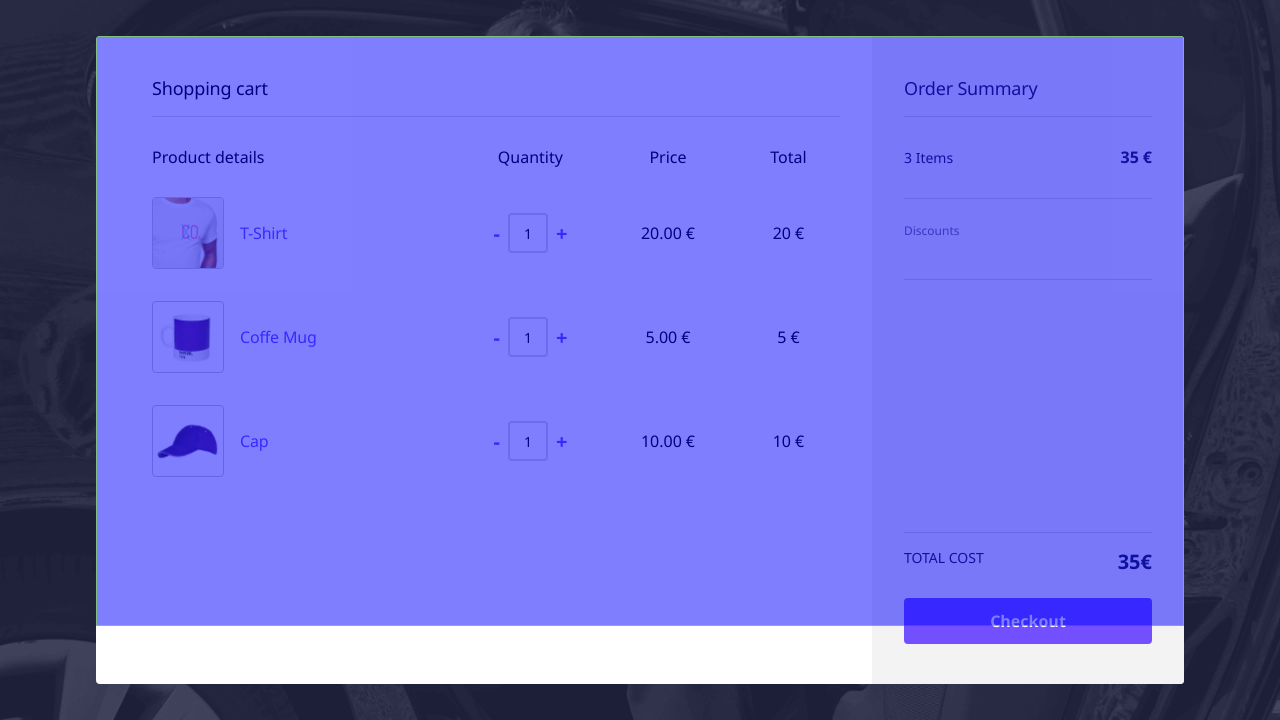
Repository: banchiec/challengecbfy
Page: /
The author's editor kept a copy of each file at every save. The page is drawn from the files as they stood at one save, then again after the next save.
The browser window is 1280 px wide. The pictures show the whole page.
Some web fonts or font styles are not loaded; a fallback is used. The project was rebuilt for these pictures with package versions that can differ from the ones it lists, and the page was loaded fresh each time. Also part of the build but not shown: craco.config.js.

Above is the page before, as saved 2021-12-11 10:40:40.

### src/index.js
import './index.css';
import App from './App';
import Checkout from './helpers/checkout'
// here a service should be called to obtain the api data
import { products } from './data/data'

import discounts from './helpers/discounts';

const purchase = new Checkout(products, discounts)
purchase.init()
App(purchase)

### src/index.css
@tailwind base;
@tailwind components;
@tailwind utilities;

body {
  margin: 0;
  font-family: -apple-system, BlinkMacSystemFont, 'Segoe UI', 'Roboto', 'Oxygen',
    'Ubuntu', 'Cantarell', 'Fira Sans', 'Droid Sans', 'Helvetica Neue',
    sans-serif;
  -webkit-font-smoothing: antialiased;
  -moz-osx-font-smoothing: grayscale;
}

code {
  font-family: source-code-pro, Menlo, Monaco, Consolas, 'Courier New',
    monospace;
}

@font-face {
  font-family: 'Avenir';
  src:local('Avenir'), url(./assets/fonts/Avenir-Black.woff) format('woff');
}

### src/App.js
import { render } from 'react-dom';
import Main from './components/main/Main'
import './App.css';

function App(purchase) {
  render(<Main purchase={purchase} />, document.getElementById('root'))
}

export default App;

### src/helpers/checkout.js
export default class Checkout {
    constructor(price, discounts = []) {
        this.price = price.reduce((acc, good) => ({ ...acc, [good.code]: good }), {})
        this.discounts = discounts
        this.cartItems = []
    }
    init() {
        this.scan('TSHIRT')
        this.scan('MUG')
        this.scan('CAP')
    }
    scan(code, argument = 1) {
        const currentCartItem = this.cartItems.find((item) => item.code === code);
        if (currentCartItem) {
            switch (argument) {
                case 1:
                    currentCartItem.count += 1;
                    break;
                case -1:
                    currentCartItem.count -= 1;
                    if (currentCartItem.count === 0) {
                        this.cartItems = this.cartItems.filter((item) => item.code !== code);
                    }
                    break;
                default:
                    currentCartItem.count = argument;
                    break;
            }
            return this;
        }
        const currentPriceItem = this.price[code];
        // console.log(this.price)
        if (currentPriceItem) {
            switch (argument) {
                case 1:
                    this.cartItems.push({ ...currentPriceItem, count: 1 });
                    break;
                case -1:
                    break;
                default:
                    this.cartItems.push({ ...currentPriceItem, count: argument });
            }
            return this;
        }
        return new Error(`product with code ${code} has not been found`);


    }
    get actualDiscounts() {
        return this.discounts.reduce(
            (acc, discount) => {
                const res = discount.check(this.items);
                if (res) return [...acc, res];
                return acc;
            }, [],
        );
    }
    get items() {
        return this.cartItems
    }

    get totalDiscount() {
        return this.actualDiscounts.reduce((acc, { discountAmount }) => acc + discountAmount, 0);
    }
    cost(code) {
        const currentCartItem = this.cartItems.find((item) => item.code === code);
        if (currentCartItem) {
            return currentCartItem.count * currentCartItem.price;
        }
        return null;
    }

    preCalc() {
        return ({
            countItems: this.cartItems.reduce((acc, item) => acc + item.count, 0),
            summaryCost: this.cartItems.reduce((acc, item) => acc + (item.count * item.price), 0),
            actualDiscounts: this.actualDiscounts,
        });
    }

    // method total will return total cost as number
    total() {
        return this.cartItems.reduce(
            (acc, item) => acc + (item.count * item.price),
            0,
        ) - this.totalDiscount;
    }
}

### src/data/data.js
import shirt from '../assets/images/shirt.png'
import mug from '../assets/images/mug.png'
import cap from '../assets/images/cap.png'
export const products = [
    {
        id: '1',
        code: 'TSHIRT',
        name: 'T-Shirt',
        price: '20.00',
        image: shirt
    },
    {
        id: '3',
        code: 'MUG',
        name: 'Coffe Mug',
        price: '5.00',
        image: mug

    },
    {
        id: '4',
        code: 'CAP',
        name: 'Cap',
        price: '10.00',
        image: cap

    }
]

### src/helpers/discounts.js
const discounts = [
    {
        name: '2-for-1-Mug',
        check: (products) => {
            const currentProduct = products.find((product) => product.code === 'MUG')
            if (currentProduct && currentProduct.count > 1) {
                return ({
                    name: '2x1 Mug offer',
                    discountAmount: Math.trunc(currentProduct.count / 2) * currentProduct.price
                })
            }
            return null
        }
    },
    {
        name: 'bulk-discount-shirt',
        check: (products) => {
            const currentProduct = products.find((product) => product.code === 'TSHIRT')
            if (currentProduct && currentProduct.count >= 3) {
                return ({
                    name: 'x3-Shirt-offer',
                    discountAmount: (currentProduct.price / 100) * 5 * currentProduct.count
                })
            }
            return null
        }
    }
]

export default discounts

### src/components/main/Main.js
import { useState } from "react"
import OrderSummery from "../OrderSummery/OrderSummery"
import { ShoppingCart } from "../shoppingCart/ShoppingCart"

export default function Main(props) {
    const { purchase } = props
    const [items, setItems] = useState(purchase.items)

    const initStateSum = purchase.preCalc()
    const initTotalCost = purchase.total()

    const [summary, setSummary] = useState({
        ...initStateSum,
        totalCost: initTotalCost
    })

    const scan = (code) => (op) => (e) => {
        switch (op) {
            case 'dec':
                purchase.scan(code, -1);
                break;
            case 'set':
                purchase.scan(code, Number(e.target.value));
                console.log(e.target.value)
                break;
            case 'inc':
                purchase.scan(code, 1);
                break;
            default:
                // unknown operation
                break;
        }
        // set new cart items list for react
        setItems([...purchase.items]);
        const newSums = purchase.preCalc();
        const newTotalCost = purchase.total();
        setSummary({
            ...newSums,
            totalCost: newTotalCost,
        });

    }
    const cost = (code) => purchase.cost(code)

    return (
        <main className="App">
            <div className="modal">
            </div>
            <ShoppingCart items={items} scan={scan} cost={cost} />
            <OrderSummery summary={summary} />
        </main>
    )
}

### src/App.css
* {
  box-sizing: border-box;
  outline: none;
}

html,
body,
div,
span,
applet,
object,
iframe,
h1,
h2,
h3,
h4,
h5,
h6,
p,
blockquote,
pre,
a,
abbr,
acronym,
address,
big,
button,
cite,
code,
del,
dfn,
em,
img,
ins,
kbd,
q,
s,
samp,
small,
strike,
strong,
sub,
sup,
tt,
var,
b,
u,
i,
center,
dl,
dt,
dd,
ol,
ul,
li,
fieldset,
form,
label,
legend,
table,
caption,
tbody,
tfoot,
thead,
tr,
th,
td,
article,
aside,
canvas,
details,
embed,
figure,
figcaption,
footer,
header,
hgroup,
menu,
nav,
output,
ruby,
section,
summary,
time,
mark,
audio,
video {
  margin: 0;
  padding: 0;
  border: 0;
  vertical-align: baseline;
  font: 100%;
}

/* HTML5 display-role reset for older browsers */
article,
aside,
details,
figcaption,
figure,
footer,
header,
hgroup,
menu,
nav,
section {
  display: block;
}

body {
  -webkit-font-smoothing: antialiased;
  -moz-osx-font-smoothing: grayscale;
  line-height: 1;
}

ol,
ul {
  list-style: none;
}

blockquote,
q {
  quotes: none;
}

a {
  cursor: pointer;
}

blockquote:before,
blockquote:after,
q:before,
q:after {
  content: none;
}

table {
  border-spacing: 0;
  border-collapse: collapse;
}

a {
  text-decoration: none;
}

input:not([type="checkbox"]):not([type="radio"]),
textarea {
  appearance: none;
}

input[type="number"]::-webkit-outer-spin-button,
input[type="number"]::-webkit-inner-spin-button {
  margin: 0;
  appearance: none;
}

input[type="number"] {
  appearance: textfield;
}

input::-ms-clear {
  display: none;
}

select::-ms-expand {
  display: none;
}

textarea {
  overflow: auto;
  vertical-align: top;
}

input::placeholder {
  opacity: 1;
}

h1.main {
  padding-bottom: 16px;
  border-bottom: 1px solid rgba(33, 34, 64, 0.16);
}

.wrapper.border,
.wrapper-half.border {
  border-bottom: 1px solid rgba(33, 34, 64, 0.16);
}

h2,
.products-list li.products-list-title {
  color: #a6a7b3;
  letter-spacing: 1px;
  font-size: 10px;
  line-height: 16px;
}

h2,
.product-code {
  font-size: 12px;
  line-height: 16px;
}

.product-quantity,
.summary input,
.summary ul li,
.summary-total-cost {
  font-size: 14px;
  line-height: 17px;
}

.product h1 {
  font-size: 16px;
  line-height: 24px;
}

.products button.count,
.summary-total-price {
  font-size: 20px;
  line-height: 25px;
}

h2 {
  color: #717285;
  letter-spacing: 0;
  font-weight: 300;
}

h2 + * {
  margin-top: 16px;
}

body {
  margin: 0;
  padding: 0;
  height: 100vh;
  background-image: url("./assets/images/background.png");
  background-color: #212240;
  background-position: top left;
  background-size: cover;
  font-family: Avenir, "Avenir Next", "Segoe UI", sans-serif;
  font-weight: regular;
}

.App {
  position: fixed;
  top: 50%;
  left: 50%;
  display: flex;
  overflow-x: hidden;
  overflow-y: auto;
  max-width: 1088px;
  max-height: 648px;
  width: calc(100% - 64px);
  height: calc(100% - 64px);
  border-radius: 4px;
  background-color: #ffffff;
  transform: translate(-50%, -50%);
}

h1 {
  position: relative;
  letter-spacing: -0.18px;
  font-size: 18px;
  line-height: 24px;
}

.wrapper {
  padding: 32px 0;
}

.wrapper-half {
  padding: 24px 0;
}

.tableHead {
  padding: 32px 0;
}

.row {
  position: relative;
  display: flex;
  flex-flow: row nowrap;
  justify-content: space-between;
}

.row + .row {
  margin-top: 32px;
}

[class*="col-"] {
  display: flex;
  align-items: center;
}

[class*="col-"]:nth-child(n + 2) {
  justify-content: center;
}

.col-product {
  width: 45%;
}

.col-quantity {
  width: 20%;
}

.col-price {
  width: 20%;
}

.col-total {
  width: 15%;
}

input {
  width: 100%;
  height: 48px;
  border-radius: 4px;
}

.currency {
  margin-left: 4px;
}

.products {
  padding: 40px 32px 40px 56px;
}

.products button.count {
  padding: 0 8px;
  height: 40px;
  border: none;
  background: transparent;
  color: #7350ff;
  font-weight: bold;
  cursor: pointer;
}

.products {
  flex: 1;
}

.products-list {
  position: relative;
  width: 100%;
}

.product-image {
  display: flex;
  align-items: center;
  flex-flow: row nowrap;
}

.product-image img {
  margin-right: 16px;
  width: 72px;
  height: 72px;
  border: 1px solid #cacad1;
  border-radius: 4px;
}

.product-code {
  border-radius: 4px;
  color: #a6a7b3;
  letter-spacing: 0.13px;
  font-weight: 400;
}

.product-quantity {
  width: 40px;
  height: 40px;
  border: 2px solid #dbdbe0;
  border-radius: 4px;
  text-align: center;
}

.product-price {
  color: #000000;
  font-size: 16px;
}

.product .clear {
  border: none;
  background: transparent;
}

.product .clear span {
  position: relative;
  display: block;
  width: 16px;
  height: 16px;
}

.product .clear span:before,
.product .clear span:after {
  content: "";
  position: absolute;
  top: 8px;
  left: 2px;
  display: block;
  width: 12px;
  height: 2px;
  border-radius: 8px;
  background-color: #a6a7b3;
  transform: rotate(-45deg);
  transform-origin: center center;
}

.product .clear span:before {
  transform: rotate(45deg);
}

.product h1 {
  color: #7350ff;
}

.summary {
  display: flex;
  flex-flow: column wrap;
  padding: 40px 32px;
  width: 312px;
  background-color: #f3f3f3;
  color: #212240;
}

.summary > * {
  width: 100%;
}

.summary-items-price {
  font-size: 16px;
  font-weight: bold;
}

.summary input {
  margin: 8px auto;
  color: #a6a7b3;
  text-indent: 16px;
  text-transform: uppercase;
}

.summary input::placeholder {
  color: #a6a7b3;
  text-transform: lowercase;
}

.summary ul li {
  display: flex;
  justify-content: space-between;
}

.summary ul li > *:nth-child(2) {
  font-weight: bold;
}

.summary ul li + li {
  margin-top: 20px;
}

.summary-total {
  align-self: flex-end;
  margin-top: auto;
  padding-top: 16px;
  padding-bottom: 0;
  border-top: 1px solid rgba(33, 34, 64, 0.16);
  color: #212240;
}

.summary-total-cost {
  flex-basis: 100%;
  text-transform: uppercase;
}

.summary-total-price {
  font-weight: bold;
}

.summary button[type="submit"] {
  margin-top: 24px;
  padding-top: 16px;
  padding-bottom: 16px;
  width: 100%;
  border-radius: 4px;
  background: #7350ff;
  color: #ffffff;
  font-size: 16px;
  font-weight: bold;
  line-height: 14px;
  cursor: pointer;
}

/* MODAL */
.modal {
  position: absolute ;
  width: 1088px;
  height: 590px;
  z-index: 1;
  background-color: blue;
  opacity: .5;
  /* left: 176px; */
  /* top: 126px; */
  border: 1px solid green;
}
.content {
  position: absolute;
  width: 248px;
  height: 358px;
  left: 984px;
  top: 270px;
}
.background {
  position: absolute;
  width: 1440px;
  height: 904px;
  left: 0px;
  top: -2px;
}

### src/components/OrderSummery/OrderSummery.js
import React from 'react';
import { uniqueId } from 'lodash';

function OrderSummery(props) {
    const {
        summary: {
            countItems, summaryCost, actualDiscounts, totalCost,
        },
    } = props;
    return (
        <aside className="summary">
            <h1 className="main">Order Summary</h1>
            <ul className="summary-items wrapper border">
                <li>
                    <span className="summary-items-number">
                        {countItems || 0}
                        {' '}
                        Items
                    </span>
                    <span className="summary-items-price">
                        {summaryCost || 0}
                        <span className="currency">
                            €
                        </span>
                    </span>
                </li>
            </ul>
            <div className="summary-discounts wrapper-half border">
                <h2>Discounts</h2>
                {actualDiscounts && (
                    <ul>
                        {actualDiscounts.map((disc) => (
                            <li key={uniqueId()}>
                                <span>{disc.name}</span>
                                <span>
                                    -
                                    {disc.discountAmount}
                                    {' '}
                                    €
                                </span>
                            </li>
                        ))}
                    </ul>
                )}
            </div>
            <div className="summary-total wrapper">
                <ul>
                    <li>
                        <span className="summary-total-cost">
                            Total cost
                        </span>
                        <span className="summary-total-price">
                            {totalCost || 0}
                            €
                        </span>
                    </li>
                </ul>
                <button type="submit">Checkout</button>
            </div>
        </aside>
    );
}

export default OrderSummery;

### src/components/shoppingCart/ShoppingCart.js
import { uniqueId } from 'lodash'
import { CartString } from '../CartString/CartString'

export const ShoppingCart = (props) => {
    // console.log(props)
    const { items, scan, cost } = props

    const setDetails = (e) => {
        console.log(e)
    }

    return (
        <>
            <section className="products">
                <h1 className="main">Shopping cart</h1>
                <ul className="product-list tableHead">
                    <li className="products-list-title row">
                        <div className="col-product">Product details</div>
                        <div className="col-quantity">Quantity</div>
                        <div className="col-price">Price</div>
                        <div className="col-total">Total</div>
                    </li>
                </ul>
                <ul className="products-list">
                    {items.map((item) => (
                        <CartString
                            content={item}
                            scan={scan(item.code)}
                            cost={cost(item.code)}
                            key={uniqueId()}
                            onClick={setDetails}
                        />
                    ))}
                </ul>
            </section>
        </>
    )
}

### src/components/CartString/CartString.js
import { useState } from 'react'
// import DetailsModal from "../DetailsModal/DetailsModal"

export const CartString = (props) => {
    const [show, setShow] = useState(false)
    const {
        content: {
            productCode,
            name,
            count,
            image,
            price
        },
        scan,
        cost,
    } = props

    const setDetails = (e) => {
        console.log(productCode)
        console.log(name)
        console.log(count)
        console.log(image)
    }

    return (
        <>
            {/* <div className="modal">
                <div className="content"></div>
            </div> */}
            <li className="product row" onClick={setDetails}>
                <div className="col-product">
                    <figure className="product-image">
                        <img src={image} alt={image} />
                        <div className="product-description">
                            <h1 className="product-description-details">{name}</h1>
                            <p className="product-code">{productCode}</p>
                        </div>
                    </figure>
                </div>
                <div className="col-quantity">
                    <button type="button" className="count" onClick={scan('dec')}>
                        -
                    </button>
                    <input type="text" className="product-quantity" value={count} onChange={scan('set')} />
                    <button type="button" className="count" onClick={scan('inc')}>
                        +
                    </button>
                </div>
                <div className="col-price">
                    <span className="product-price">
                        {price}
                    </span>
                    <span className="product-currency currency">€</span>
                </div>
                <div className="col-total">
                    <span className="product-price">{cost}</span>
                    <span className="product-currency currency">€</span>
                </div>
            </li>
        </>
    )
}

Loaded but not shown: public/index.html (common file); tailwind.config.js (common file)

After the next save:
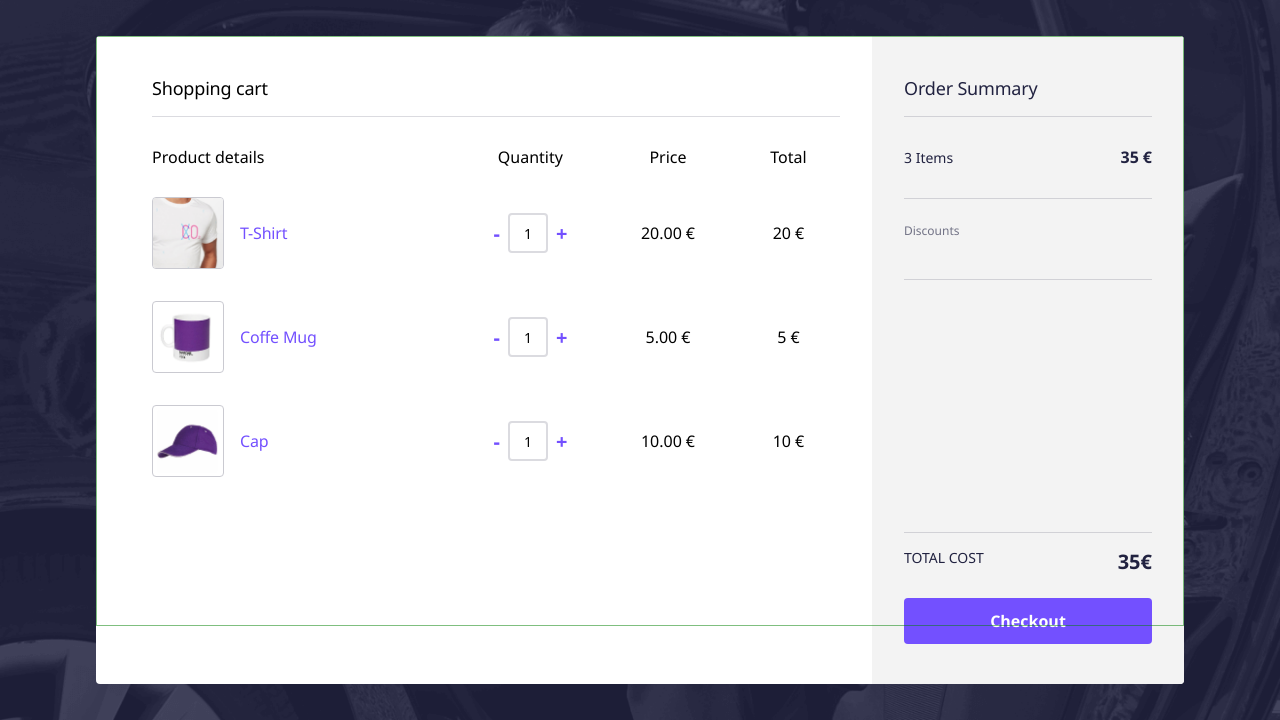
Saved 6 h 11 min later.
--- a/src/App.css
+++ b/src/App.css
@@ -494,7 +494,7 @@
   width: 1088px;
   height: 590px;
   z-index: 1;
-  background-color: blue;
+  /* background-color: blue; */
   opacity: .5;
   /* left: 176px; */
   /* top: 126px; */

After the save that followed:
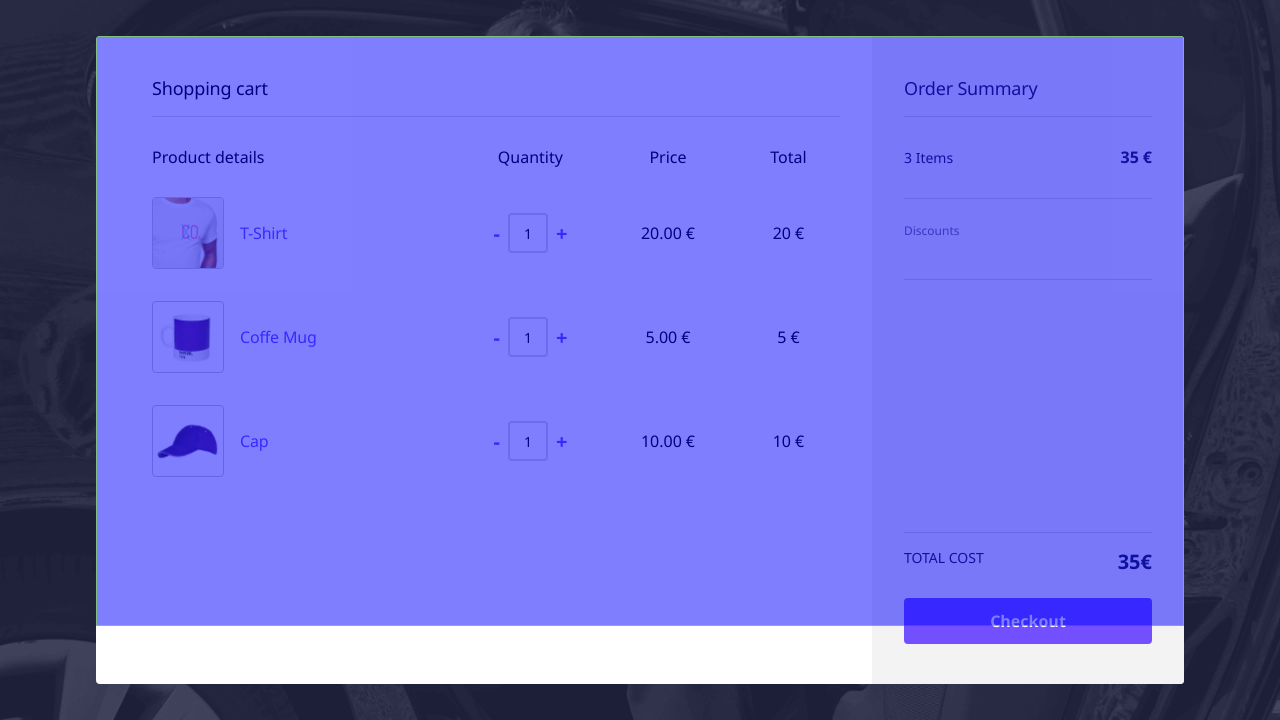
Saved 6 s later.
--- a/src/App.css
+++ b/src/App.css
@@ -494,7 +494,7 @@
   width: 1088px;
   height: 590px;
   z-index: 1;
-  /* background-color: blue; */
+  background-color: blue;
   opacity: .5;
   /* left: 176px; */
   /* top: 126px; */
